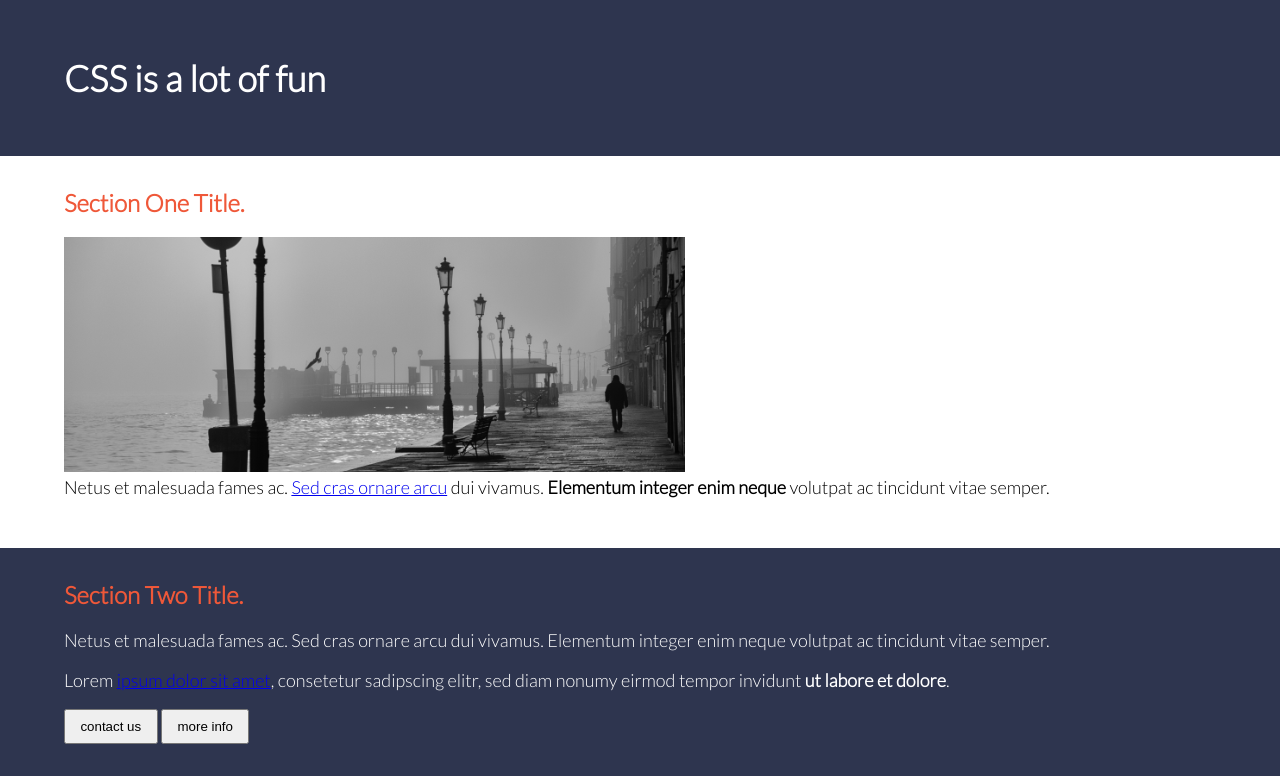
Repository: Doumham-Armah/sample-landing-page
Page: index.html
An editor plug-in stored every save of this project. The page is shown before and after the next save, followed by the edit.
The browser window is 1280 px wide. The pictures show the whole page.

Above is the page before, as saved 2021-08-16 13:36:37.

### index.html
<!DOCTYPE html>
<html lang="en">
  <head>
    <meta charset="UTF-8" />
    <meta http-equiv="X-UA-Compatible" content="IE=edge" />
    <meta name="viewport" content="width=device-width, initial-scale=1.0" />
    <title>Document</title>
    <link rel="preconnect" href="https://fonts.googleapis.com" />
    <link rel="preconnect" href="https://fonts.gstatic.com" crossorigin />
    <link
      href="https://fonts.googleapis.com/css2?family=Lato:wght@300&display=swap"
      rel="stylesheet"
    />
    <link href="./style.css" rel="stylesheet" />
  </head>

  <body>
    <header>
      <div class="container">
        <h1>CSS is a lot of fun</h1>
      </div>
    </header>

    <section class="section-one">
      <div class="container">
        <h2>Section One Title.</h2>
        <img src="./images/boardwalk.png" alt="boardwalk image" />
        <p>
          Netus et malesuada fames ac. <a href="#">Sed cras ornare arcu</a> dui
          vivamus. <strong>Elementum integer enim neque</strong> volutpat ac
          tincidunt vitae semper.
        </p>
      </div>
    </section>

    <section class="section-two">
      <div class="container">
        <h2>Section Two Title.</h2>
        <p>
          Netus et malesuada fames ac. Sed cras ornare arcu dui vivamus.
          Elementum integer enim neque volutpat ac tincidunt vitae semper.
        </p>
        <p>
          Lorem <a href="#">ipsum dolor sit amet</a>, consetetur sadipscing
          elitr, sed diam nonumy eirmod tempor invidunt
          <strong>ut labore et dolore</strong>.
        </p>
        <button class="btn btn-accent">contact us</button>
        <button class="btn btn-white">more info</button>
      </div>
    </section>
  </body>
</html>

### style.css
body {
  margin: 0;
  font-family: "Lato", sans-serif;
  font-size: 18px;
}
h2,
p {
  margin-top: 0;
}
h1 {
  font-size: 36px;
}
h2 {
  font-size: 24px;
  color: #ef5839;
}

.container {
  padding: 2rem 4rem;
}
header,
.section-two {
  background-color: #2e354f;
  color: white;
}

.btn {
  padding: 0.5rem 0.9rem;
}

After the next save:
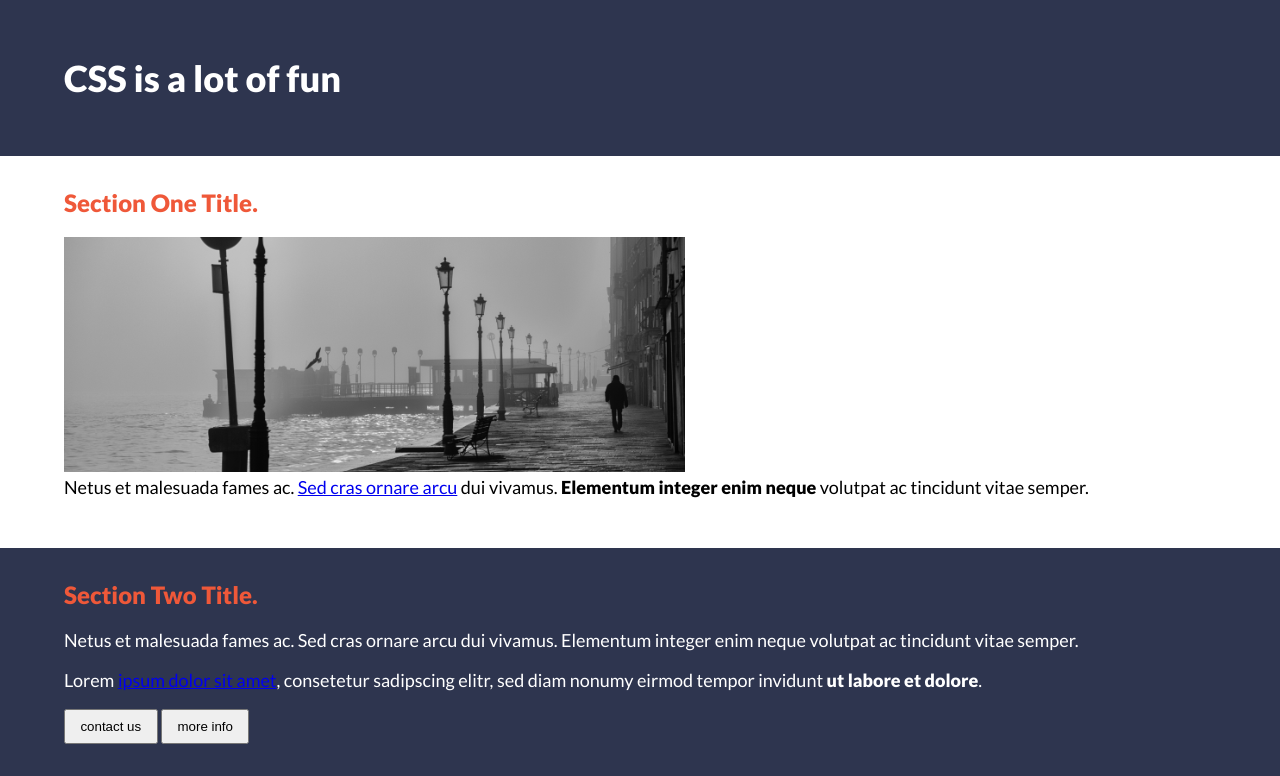
Saved 2 min 1 s later.
--- a/index.html
+++ b/index.html
@@ -7,8 +7,10 @@
     <title>Document</title>
     <link rel="preconnect" href="https://fonts.googleapis.com" />
     <link rel="preconnect" href="https://fonts.gstatic.com" crossorigin />
+    <link rel="preconnect" href="https://fonts.googleapis.com" />
+    <link rel="preconnect" href="https://fonts.gstatic.com" crossorigin />
     <link
-      href="https://fonts.googleapis.com/css2?family=Lato:wght@300&display=swap"
+      href="https://fonts.googleapis.com/css2?family=Lato:wght@400;900&display=swap"
       rel="stylesheet"
     />
     <link href="./style.css" rel="stylesheet" />
